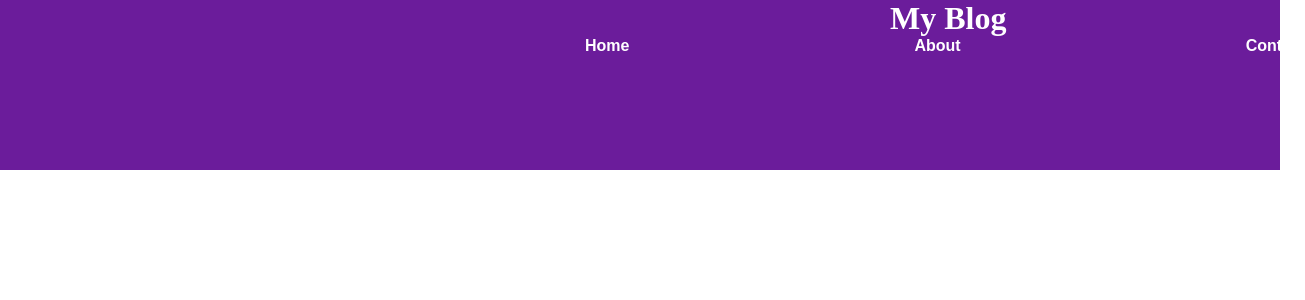
Repository: Femi007-gh/BLOG
Page: index.html
These files come from the project's save history. The page is drawn as it stood at one moment and after the next save; the edit follows.
The browser window is 1280 px wide. The page is 1305 px wide, then 1280 px, so the pictures cover 1305 px, including what lies to the right of the window. The pictures show the whole page.

Above is the page before, as saved 2025-01-08 07:08:45.

After the next save:
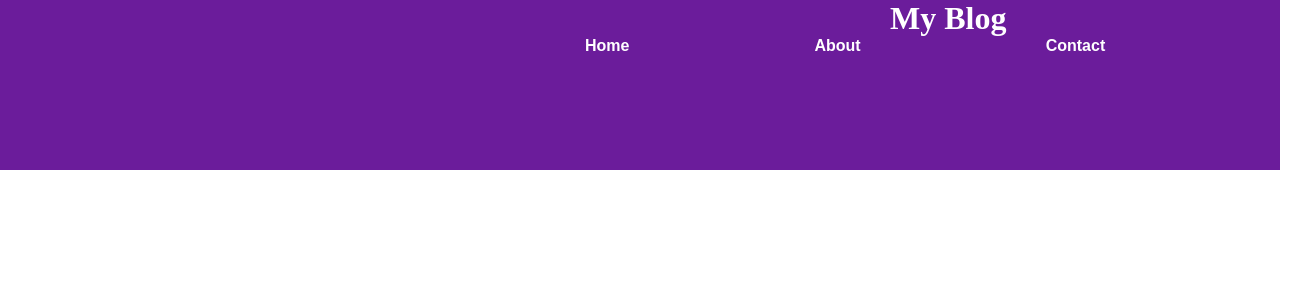
Saved 21 s later.
--- a/style.css
+++ b/style.css
@@ -32,7 +32,7 @@ nav ul {
   font-weight: bold;
   margin-left: 585px;
   justify-content: space-evenly;
-  margin-right: -300px;
+  margin-right: -400px;
 }
 
 li a{
